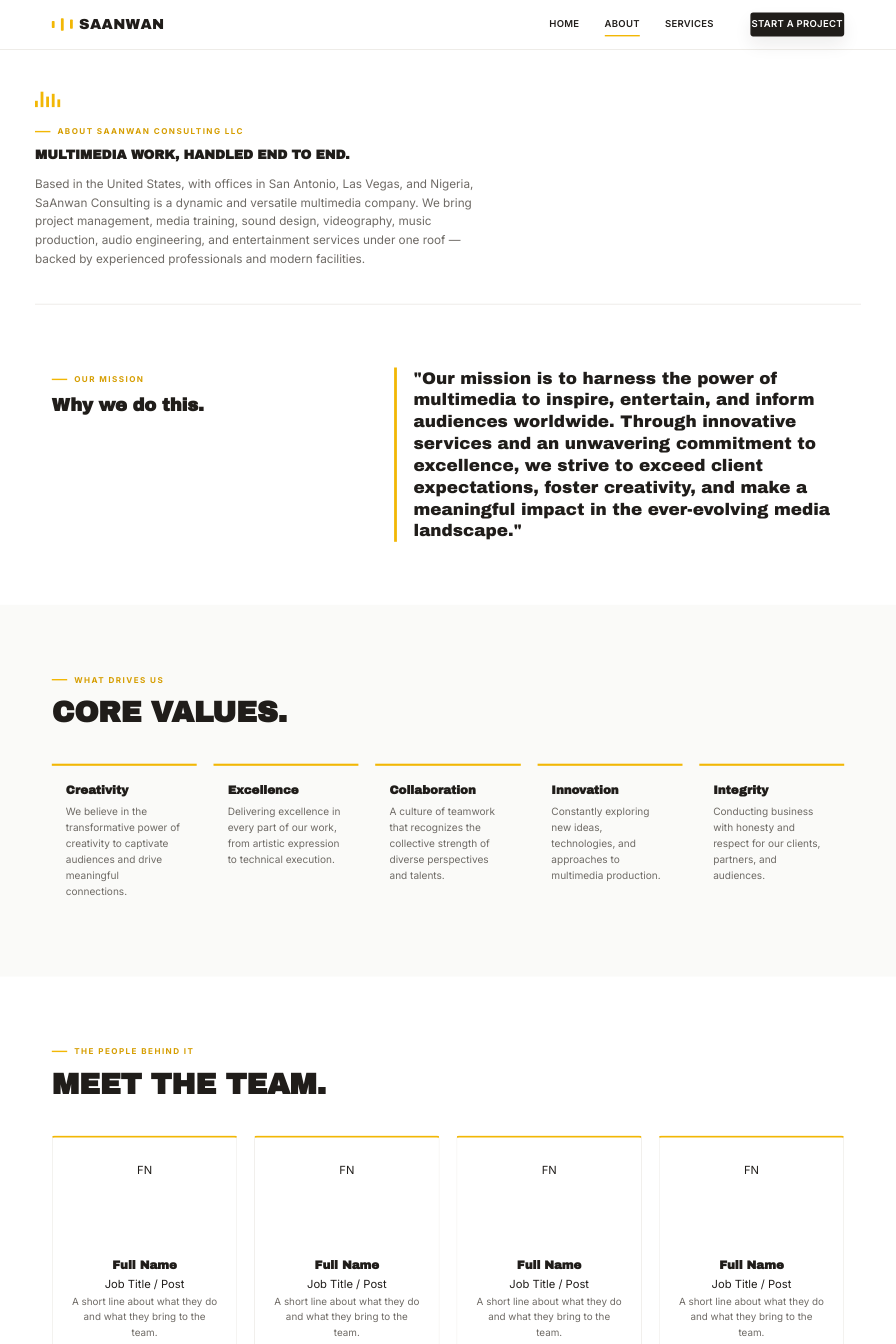
Repository: joshuaonazi/saanwan
Page: about.html
The author's editor kept a copy of each file at every save. The page is drawn from the files as they stood at one save, then again after the next save.
The browser window is 1280 px wide. The pictures show the part of the page from y = 0 to 1920 px (the page is 3209 px tall before and 3227 px after), at 70% of full size.

Above is the page before, as saved 2026-07-10 16:56:01.

After the next save:
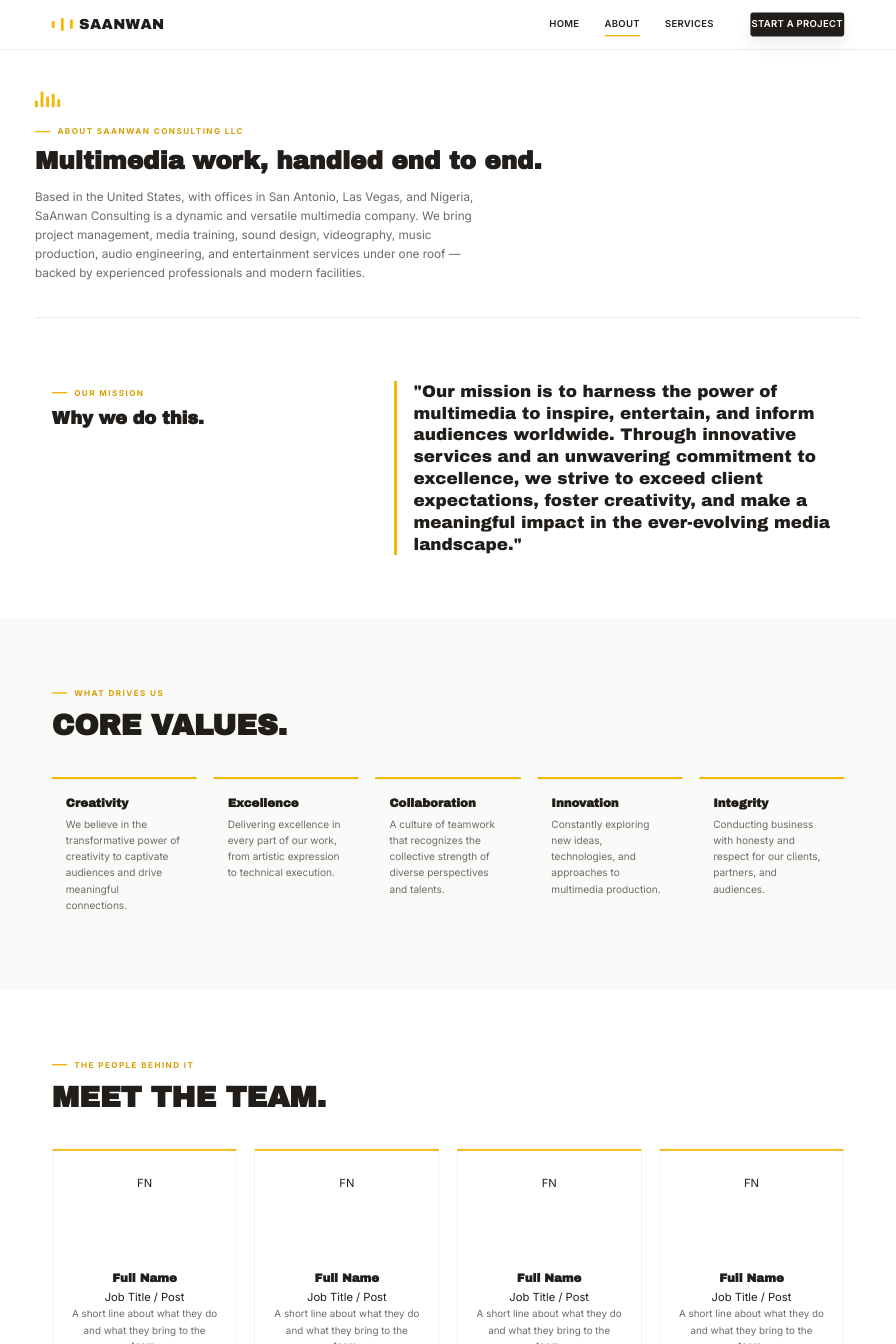
Saved 4 min 59 s later.
--- a/about.html
+++ b/about.html
@@ -35,7 +35,7 @@
   <section class="page-hero wrap">
     <div class="eq-divider"><span></span><span></span><span></span><span></span><span></span></div>
     <span class="eyebrow">About SaAnwan Consulting LLC</span>
-    <h3>Multimedia work, handled end to end.</h3>
+    <h3 style="text-transform:none; font-size: 2.2rem;">Multimedia work, handled end to end.</h3>
     <p>Based in the United States, with offices in San Antonio, Las Vegas, and Nigeria, SaAnwan Consulting is a dynamic and versatile multimedia company. We bring project management, media training, sound design, videography, music production, audio engineering, and entertainment services under one roof — backed by experienced professionals and modern facilities.</p>
   </section>
 
